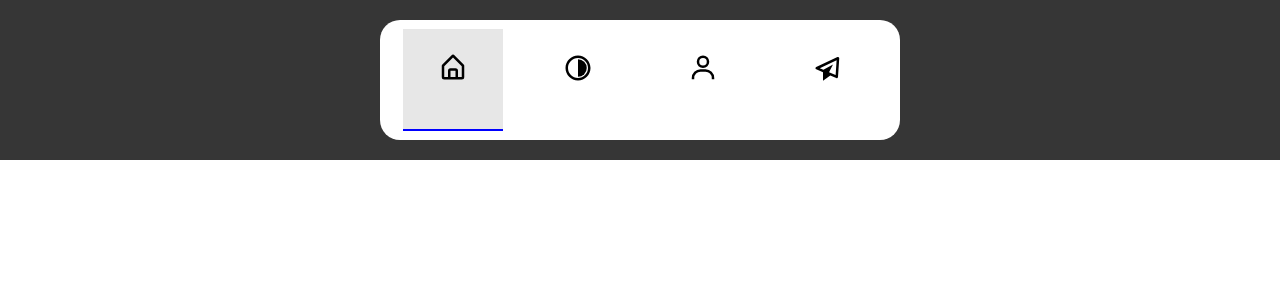
Repository: lethinh2003/pokemon_reactjs
Page: /
The author's editor kept a copy of each file at every save. The page is drawn from the files as they stood at one save, then again after the next save.
The browser window is 1280 px wide. The pictures show the whole page.
The page's requests for data from a server got no answer. The project was rebuilt for these pictures with package versions that can differ from the ones it lists, and the page was loaded fresh each time. A package was used in the major version that the imports need, not the one package.json lists. No one was signed in, and anything a server would have sent is missing. Also part of the build but not shown: src/App.css, src/styles/loading.scss, src/styles/pokemonDetail.scss, src/view/PokemonDetail.jsx, src/styles/modal.scss, src/view/Contact.jsx.

Above is the page before, as saved 2021-11-28 21:19:24.

After the next save:
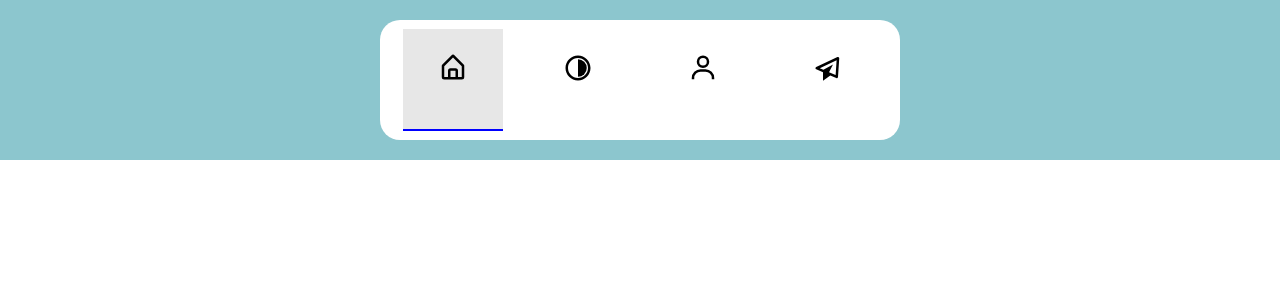
Saved 9 s later.
--- a/src/styles/body.scss
+++ b/src/styles/body.scss
@@ -1,6 +1,6 @@
 .container {
   background-color: rgba(29, 143, 158, 0.507);
-  background-color: rgba(11, 12, 12, 0.822);
+
   display: flex;
   justify-content: center;
   align-items: center;
